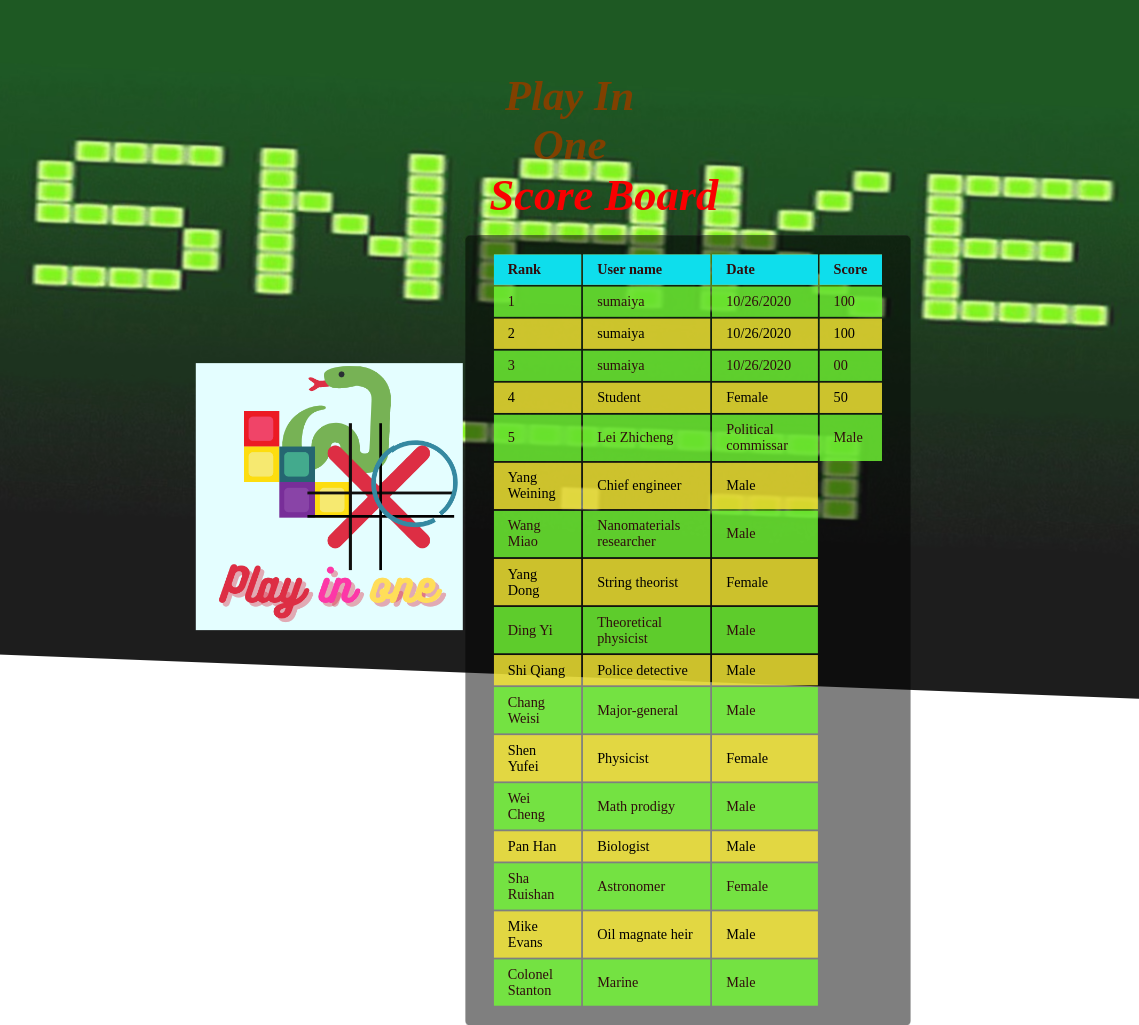
Repository: Syeda-Somiya-Tasnim/Game-Develepment-Project
Page: hs-snake.html
These files come from the project's save history. The page is drawn as it stood at one moment and after the next save; the edit follows.
The browser window is 1280 px wide. The pictures show the whole page, at 89% of full size.

Above is the page before, as saved 2020-10-26 13:01:29.

### hs-snake.html
<!DOCTYPE html>
<head>
<meta charset="ISO-8859-1">
<title>play in one gaming website</title>
<link href="hs-snake.css" rel="stylesheet" type="text/css">

</head>
<body>

	<div class="main_div">

  <h1><font size="70" color="#804000">Play In One</font></h1>

	<h2>Score Board</h2><br>
  </div>

<div class="contenido">
    <div class="container">
    <div class="box">
        <div class="image">
            <img src="images/Play In One.png">
        </div>

<div class="form">
<ul class="backgroundslider">
	<li></li>
	<li></li>
	<li></li>
  </ul>

<form action="login.py" method="POST">
<div>

<form action="#">

    <main>

	<table class="login">

        <tr>
          <th>Rank</th>
          <th>User name</th>
          <th>Date</th>
          <th>Score</th>
        </tr>
        <tr>
          <td>1</td>
          <td>sumaiya</td>
          <td>10/26/2020</td>
          <td>100</td>
        </tr>
        <tr>
          <td>2</td>
          <td>sumaiya</td>
          <td>10/26/2020</td>
          <td>100</td>
        </tr>
        <tr>
          <td>3</td>
          <td>sumaiya</td>
          <td>10/26/2020</td>
          <td>00</td>
        </tr>
        <tr>
          <td>4</td>
          <td>Student</td>
          <td>Female</td>
          <td>50</td>
        </tr>
        <tr>
          <td>5</td>
          <td>Lei Zhicheng</td>
          <td>Political commissar</td>
          <td>Male</td>
        </tr>
        <tr>
          <td>Yang Weining</td>
          <td>Chief engineer</td>
          <td>Male</td>
        </tr>
        <tr>
          <td>Wang Miao</td>
          <td>Nanomaterials researcher</td>
          <td>Male</td>
        </tr>
        <tr>
          <td>Yang Dong</td>
          <td>String theorist</td>
          <td>Female</td>
        </tr>
        <tr>
          <td>Ding Yi</td>
          <td>Theoretical physicist</td>
          <td>Male</td>
        </tr>
        <tr>
          <td>Shi Qiang</td>
          <td>Police detective</td>
          <td>Male</td>
        </tr>
        <tr>
          <td>Chang Weisi</td>
          <td>Major-general</td>
          <td>Male</td>
        </tr>
        <tr>
          <td>Shen Yufei</td>
          <td>Physicist</td>
          <td>Female</td>
        </tr>
        <tr>
          <td>Wei Cheng</td>
          <td>Math prodigy</td>
          <td>Male</td>
        </tr>
        <tr>
          <td>Pan Han</td>
          <td>Biologist</td>
          <td>Male</td>
        </tr>
        <tr>
          <td>Sha Ruishan</td>
          <td>Astronomer</td>
          <td>Female</td>
        </tr>
        <tr>
          <td>Mike Evans</td>
          <td>Oil magnate heir</td>
          <td>Male</td>
        </tr>
        <tr>
          <td>Colonel Stanton</td>
          <td>Marine</td>
          <td>Male</td>
        </tr>

      </table>
    </main>
</form>
</div>
</div>

</div>

</body>
</html>

### hs-snake.css
@CHARSET "ISO-8859-1";
* {
	margin:0px;
	padding:0px;
}
h2{
	text-align: center;
	margin: 0px auto;
	color:rgb(250, 0, 0);
	font-size:50px;
	border-radius: 5px;
	position: absolute;
	top: 10;
}
.login {

	width: 500px;
	height: 450px;
	position: relative;
	top: 70px;
	right: 50%;
	margin: -184px 0px 0px -155px;
	background: rgba(0,0,0,0.5);
	padding: 20px 30px;
	border-radius: 5px;
	box-shadow: 0px 1px 0px rgba(0,0,0,0.3),inset 0px 1px 0px rgba(255,255,255,0.07)
  }
main {
    display: flex;
	justify-content: center;
	left: 20%;
  }

  table {
    max-width: 150%;
  }

  tr:nth-child(odd) {
	background-color: rgba(250, 237, 53, 0.808);
	color: rgb(0, 0, 0);
  }
  tr:nth-child(even) {
	background-color: rgba(115, 250, 53, 0.808);
	color: rgb(48, 13, 13);
  }

  th {
    background-color: rgb(14, 222, 236);
    color: rgb(48, 13, 13);
  }

  th,
  td {
    text-align: left;
    padding: 0.5em 1em;
  }
		{
			position: relative;
			width: 100%;
			height: 600%;
		}
		.container .box
		{
			position: relative;
			width: 100%;
			height: 300px;
			display: flex;
			justify-content: last baseline;
			align-items:left;
			top: 170px;
		}
		.container .box .image
		{
			position: relative;


        }
        .container .box .image img
		{
			position: relative;
            width: 300px;
            top: 10%;
            right: 110%;

		}
.main_div{
	text-align:center;
	color:#804000;
	font-size:-120px;
	margin-top:-120px;
	position:top;
	font-style: italic;

}

body{

padding:200px;
padding-left:550px;
padding-right:550px;
 -webkit-background-size: cover;
  -moz-background-size: cover;
  -o-background-size: cover;
  background-size: cover;
  color: #e7e7e7;

}





.contenido {
	width:100%;
	height:200px;
}
.backgroundslider {
	width:100%;
	height:100%;
	position:fixed;
	top:0px;
	left:0px;
	z-index:-1;
}
.backgroundslider li {
	position:absolute;
	width:100%;
	height:100%;
	background-position:center center;
	background-repeat:no-repeat;
	background-size:cover;
	opacity:0;
	animation:imagenes 18s linear infinite;
	-moz-animation:imagenes 18s linear infinite;
	-ms-animation:imagenes 18s linear infinite;
	-o-animation:imagenes 18s linear infinite;
	-webkit-animation:imagenes 18s linear infinite;
}
.backgroundslider li:nth-child(1) {
	background-image:url(images/SNALE.jpeg);
}
.backgroundslider li:nth-child(2) {
	background-image:url(images/TETRIS.jpeg);
	animation-delay:6s;
	-moz-animation-delay:6s;
	-ms-animation-delay:6s;
	-o-animation-delay:6s;
	-webkit-animation-delay:6s;
}
.backgroundslider li:nth-child(3) {
	background-image:url(images/TICTAC.jpeg);
	animation-delay:12s;
	-moz-animation-delay:12s;
	-ms-animation-delay:12s;
	-o-animation-delay:12s;
	-webkit-animation-delay:12s;
}
@keyframes imagenes {
	0% { opacity:0; animation-timing-function:ease-in; }
	10% { opacity:1; animation-timing-function:ease-out; }
	25% { opacity:1; transform:scale(1); }
	50% { opacity:0; transform:scale(2) rotate(20deg); }
	100% { opacity:0; }
}
@-moz-keyframes imagenes {
	0% { opacity:0; animation-timing-function:ease-in; }
	10% { opacity:1; animation-timing-function:ease-out; }
	25% { opacity:1; transform:scale(1); }
	50% { opacity:0; transform:scale(2) rotate(20deg); }
	100% { opacity:0; }
}
@-o-keyframes imagenes {
	0% { opacity:0; animation-timing-function:ease-in; }
	10% { opacity:1; animation-timing-function:ease-out; }
	25% { opacity:1; transform:scale(1); }
	50% { opacity:0; transform:scale(2) rotate(20deg); }
	100% { opacity:0; }
}
@-ms-keyframes imagenes {
	0% { opacity:0; animation-timing-function:ease-in; }
	10% { opacity:1; animation-timing-function:ease-out; }
	25% { opacity:1; transform:scale(1); }
	50% { opacity:0; transform:scale(2) rotate(20deg); }
	100% { opacity:0; }
}
@-webkit-keyframes imagenes {
	0% { opacity:0; animation-timing-function:ease-in; }
	10% { opacity:1; animation-timing-function:ease-out; }
	25% { opacity:1; transform:scale(1); }
	50% { opacity:0; transform:scale(2) rotate(20deg); }
	100% { opacity:0; }
}

}

After the next save:
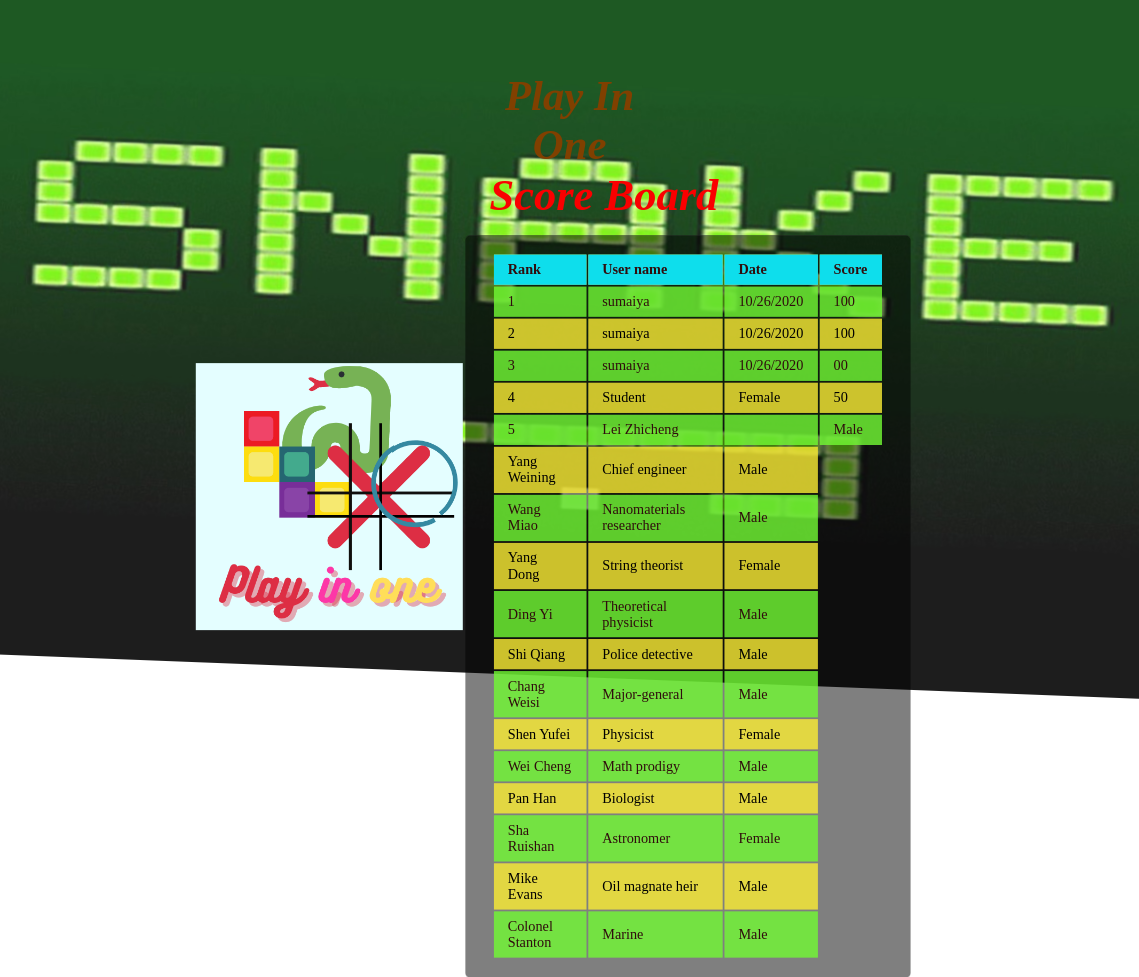
Saved 7 s later.
--- a/hs-snake.html
+++ b/hs-snake.html
@@ -70,7 +70,7 @@
         <tr>
           <td>5</td>
           <td>Lei Zhicheng</td>
-          <td>Political commissar</td>
+          <td></td>
           <td>Male</td>
         </tr>
         <tr>
